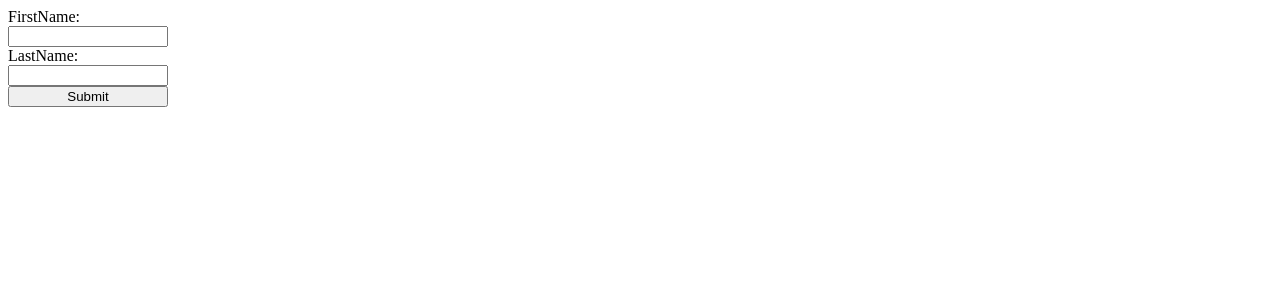
Repository: Vijay-aura/Wicket
Page: wicket-practice/src/main/java/com/form/InputFieldsPage.html
The author's editor kept a copy of each file at every save. The page is drawn from the files as they stood at one save, then again after the next save.
The browser window is 1280 px wide. The pictures show the whole page.

Above is the page before, as saved 2024-03-04 12:42:53.

### wicket-practice/src/main/java/com/form/InputFieldsPage.html
<!DOCTYPE html>
<html xmlns="http://www.w3.org/1999/xhtml"
	xmlns:wicket=http://wicket.apache.org/dtds.data/wicket-xhtml1.4-strict.dtd>
<head>
<meta charset="ISO-8859-1">
<title>Insert title here</title>
<wicket:head>
	<style>
.form {
	display: flex;
	flex-direction: column;
	width:10rem;
}
</style>
</wicket:head>
</head>
<body>
	<form wicket:id="form" class="form">
		FirstName: <input type="text" wicket:id="firstName"> LastName:
		<input type="text" wicket:id="lastName">
		<button wicket:id="button">Submit</button>
	</form>
	<div wicket:id="detailsContainer">
		<span wicket:id="details"></span>
	</div>

</body>
</html>

After the next save:
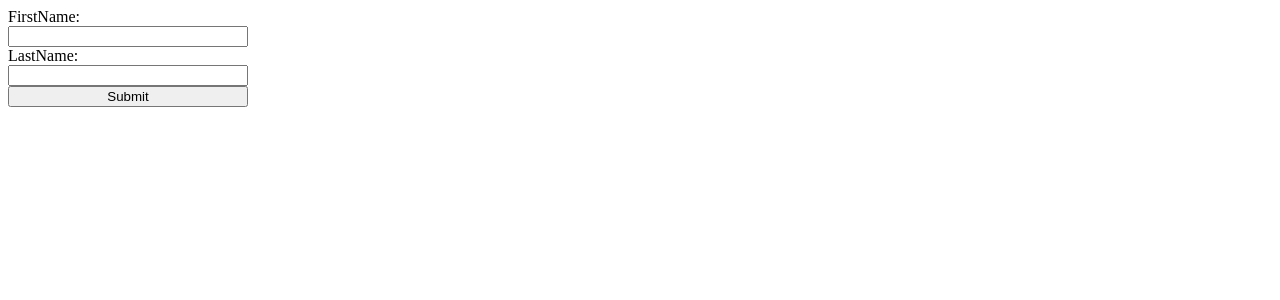
Saved 25 s later.
--- a/wicket-practice/src/main/java/com/form/InputFieldsPage.html
+++ b/wicket-practice/src/main/java/com/form/InputFieldsPage.html
@@ -9,7 +9,7 @@
 .form {
 	display: flex;
 	flex-direction: column;
-	width:10rem;
+	width:15rem;
 }
 </style>
 </wicket:head>
